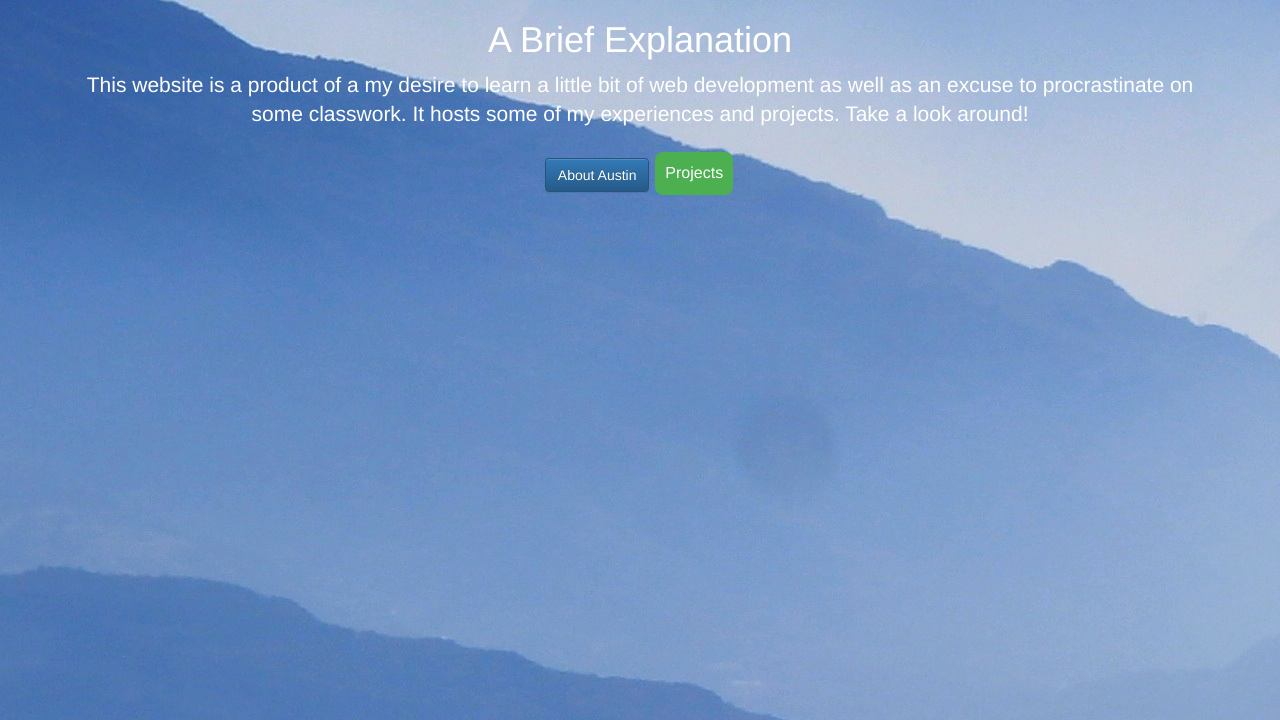
Repository: austinHerring/PersonalWebsite
Page: PersonalWebsite/WebContent/index.html
The author's editor kept a copy of each file at every save. The page is drawn from the files as they stood at one save, then again after the next save.
The browser window is 1280 px wide. The pictures show the whole page.

Above is the page before, as saved 2016-06-12 22:32:26.

### PersonalWebsite/WebContent/index.html
<html>
	<head>
		<meta charset="utf-8"/>
		<title>Home - Austin</title>
		<link rel="stylesheet" href="css/bootstrap.min.css">
		<link rel="stylesheet" href="css/bootstrap-theme.min.css">
		<link rel="stylesheet" href="css/main.css">
	</head>
	<body>

		<div class="container" id="page-wrap">
			<div class="row">
				<div class="col-lg-12">
					<h1>A Brief Explanation</h1>
					<p class="lead">This website is a product of a my desire to learn a little bit of web development as well as an excuse to procrastinate on some classwork. It hosts some of my experiences and projects. Take a look around!</p>
				</div>
			</div>
			<div class="row">
				<div class="col-lg-12">
					<a class="btn btn-primary" href="about.html" role="button">About Austin</a>
					<a class="button button1" href="projects.html" role="button">Projects</a>
				</div>
			</div>
		</div>

		<div id="bg">
			<img src="images/background.jpg" alt="">
		</div>

		<script src="js/jquery.min.js"></script>
		<script src="js/bootstrap.min.js"></script>
	</body>
</html>

### PersonalWebsite/WebContent/css/main.css
body {
    width: 100%;
    height: 100%;
    text-align: center;
    color: #fff;
    background-color:#000;
}

#bg {
	position:fixed;
	top:-50%;
	left:-50%;
	width:100%;
	height:80%;
}

#bg img {
	position:absolute;
	top:0;
	left:0;
	right:0;
	bottom:0;
	margin:auto;
	min-width:50%;
	min-height:50%;
}

#page-wrap { position: relative; z-index: 2}

.button {
    background-color: #4CAF50; /* Green */
    border: none;
    color: white;
    padding: 8px 8px;
    text-align: center;
    text-decoration: none;
    display: inline-block;
    font-size: 16px;
    margin: 4px 2px;
    -webkit-transition-duration: 0.4s; /* Safari */
    transition-duration: 0.4s;
    cursor: pointer;
    border-radius: 8px;
}

.button1 {
    background-color: #4CAF50;
    color: white;
    border: 2px solid #4CAF50;
}

.button1:hover {
    background:rgba(0,0,0,0);
    color: white;
    text-decoration: none;
}

Loaded but not shown: PersonalWebsite/WebContent/css/bootstrap.min.css (library); PersonalWebsite/WebContent/css/bootstrap-theme.min.css (library); PersonalWebsite/WebContent/js/jquery.min.js (library); PersonalWebsite/WebContent/js/bootstrap.min.js (library)

After the next save:
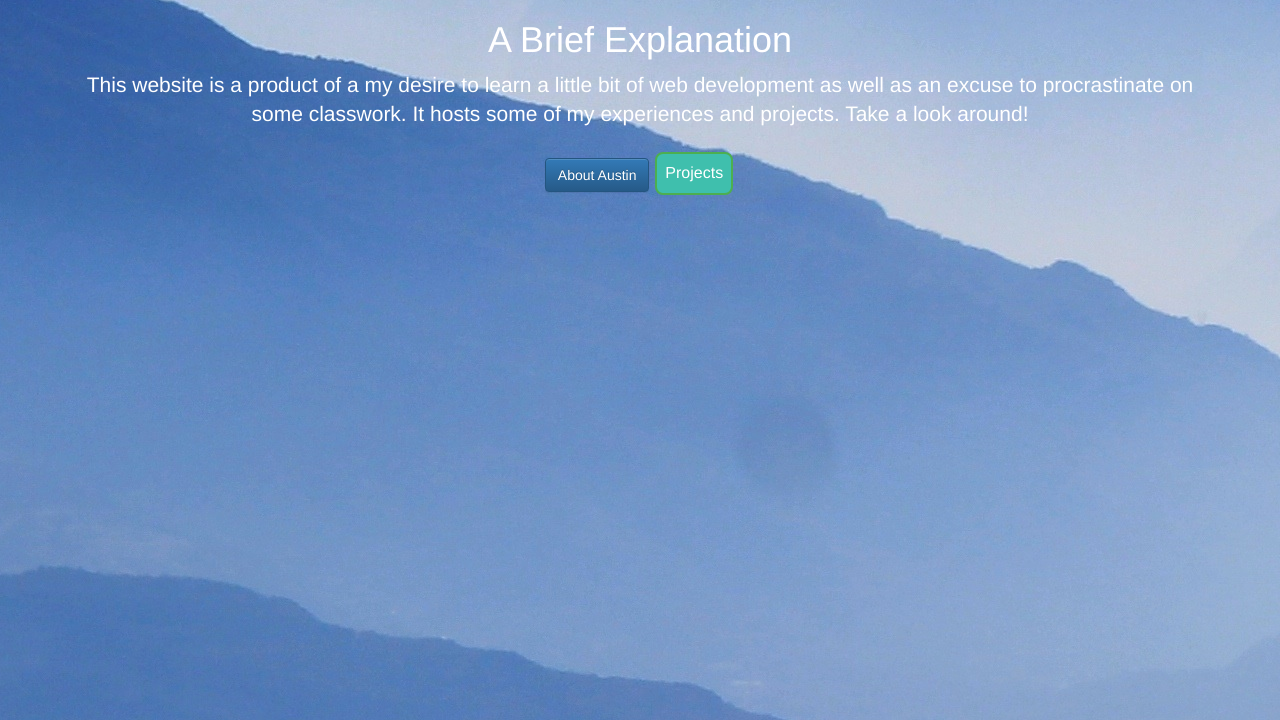
Saved 84 s later.
--- a/PersonalWebsite/WebContent/css/main.css
+++ b/PersonalWebsite/WebContent/css/main.css
@@ -28,7 +28,7 @@ body {
 #page-wrap { position: relative; z-index: 2}
 
 .button {
-    background-color: #4CAF50; /* Green */
+    background-color: #3fbfad; /* Green */
     border: none;
     color: white;
     padding: 8px 8px;
@@ -44,13 +44,13 @@ body {
 }
 
 .button1 {
-    background-color: #4CAF50;
+    background-color: #3fbfad;
     color: white;
     border: 2px solid #4CAF50;
 }
 
 .button1:hover {
     background:rgba(0,0,0,0);
-    color: white;
+    color: #3fbfad;
     text-decoration: none;
 }
